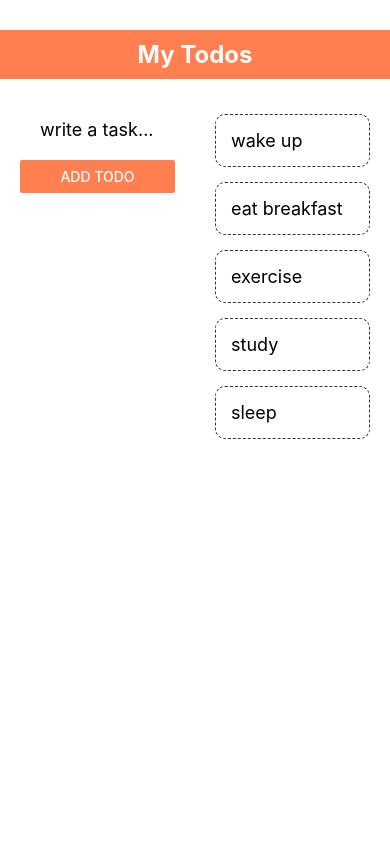
Repository: shiv0403/React-native-tutorial
Screen: /
These files come from the project's save history. The screen is drawn as it stood at one moment and after the next save; the edit follows.
The app was drawn by React Native's web renderer in a window 390 px wide. The project was rebuilt for these pictures with package versions that can differ from the ones it lists, and the page was loaded fresh each time. Also part of the build but not shown: components/Flex.js.

Above is the screen before, as saved 2021-02-11 14:43:04.

After the next save:
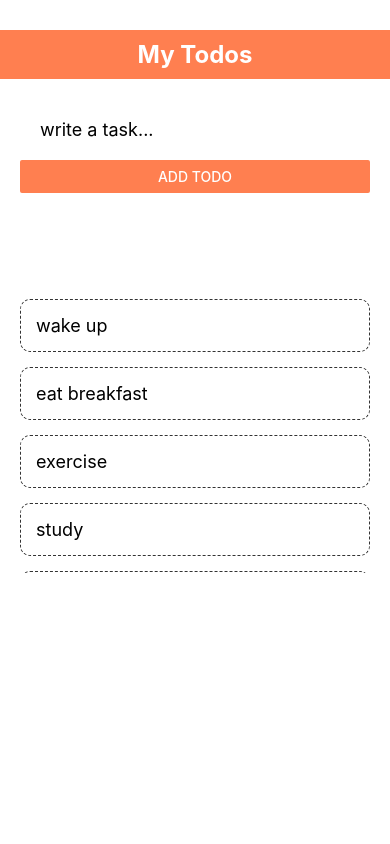
Saved 6 s later.
--- a/App.js
+++ b/App.js
@@ -69,12 +69,9 @@ const styles = StyleSheet.create({
     backgroundColor: "#fff",
     marginTop: 30,
   },
-  content: {
-    display: "flex",
-    flexDirection: "row",
-  },
+  content: {},
   list: {
     margin: 20,
-    flex: 0.5,
+    flex: 1,
   },
 });
